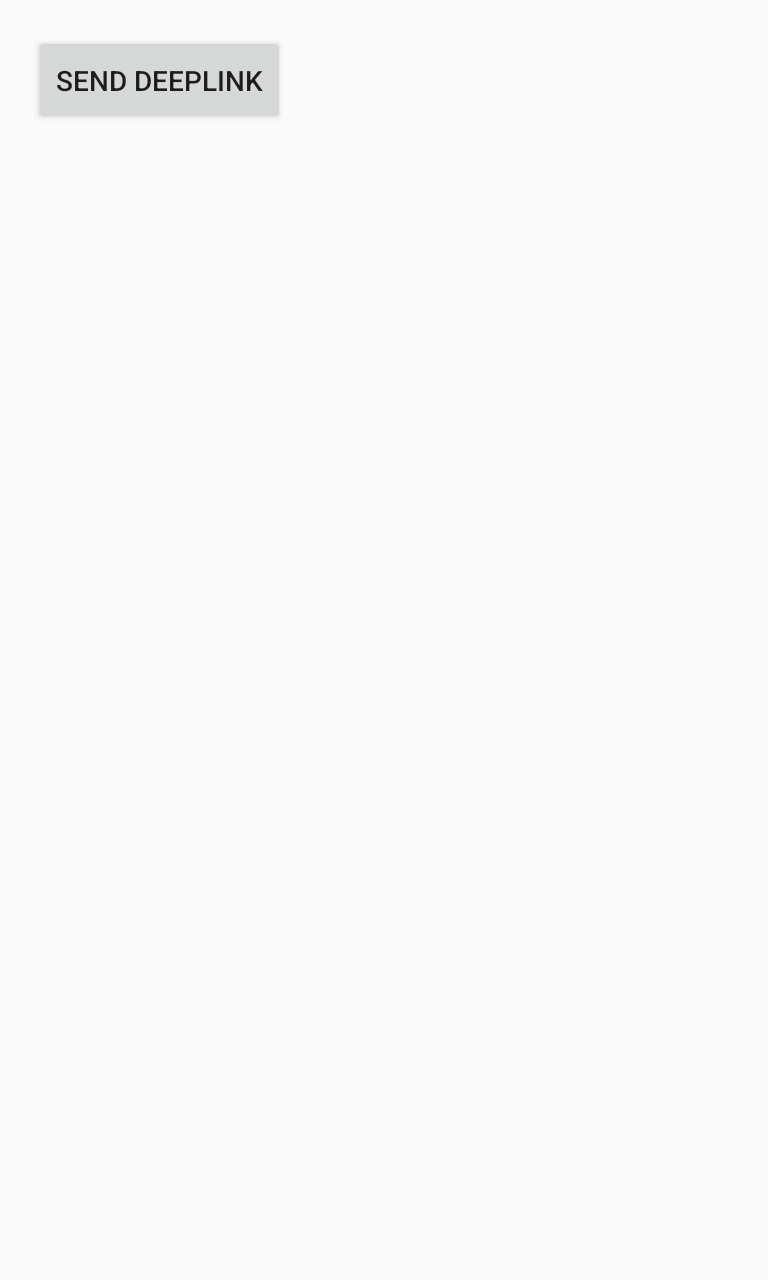
Repository: epancie/prueba_deeplink
Layout: HubCVPlay/res/layout/activity_main_cv_play.xml
The author's editor kept a copy of each file at every save. The layout is drawn from the files as they stood at one save, then again after the next save.
It is drawn on a 768 x 1280 px phone screen (xhdpi) without system bars, with theme AppTheme; the app's code is not run.

Above is the layout before, as saved 2014-10-20 01:05:52.

### HubCVPlay/res/layout/activity_main_cv_play.xml
<RelativeLayout xmlns:android="http://schemas.android.com/apk/res/android"
    xmlns:tools="http://schemas.android.com/tools"
    android:layout_width="match_parent"
    android:layout_height="match_parent"
    android:paddingBottom="@dimen/activity_vertical_margin"
    android:paddingLeft="@dimen/activity_horizontal_margin"
    android:paddingRight="@dimen/activity_horizontal_margin"
    android:paddingTop="@dimen/activity_vertical_margin"
    tools:context="com.panchonet.hubcvplay.Main_CvPlay_Activity" >

     <Button
        android:id="@+id/deeplink"
        android:layout_width="wrap_content"
        android:layout_height="wrap_content"
        android:layout_alignLeft="@+id/assetId"
        android:layout_below="@+id/assetId"
        android:text="Send Deeplink" />

</RelativeLayout>

### HubCVPlay/res/values/strings.xml
<?xml version="1.0" encoding="utf-8"?>
<resources>

    <string name="app_name">HubCVPlay</string>
    <string name="hello_world">Hello world!</string>
    <string name="action_settings">Settings</string>
    <string name="TextButtonDeepLink">DeepLink</string>

</resources>

Loaded but not shown: HubCVPlay/res/values/styles.xml (common file); HubCVPlay/res/values-v11/styles.xml (common file); HubCVPlay/res/values-v14/styles.xml (common file); HubCVPlay/res/values/dimens.xml (common file); HubCVPlay/res/values-w820dp/dimens.xml (common file)

After the next save:
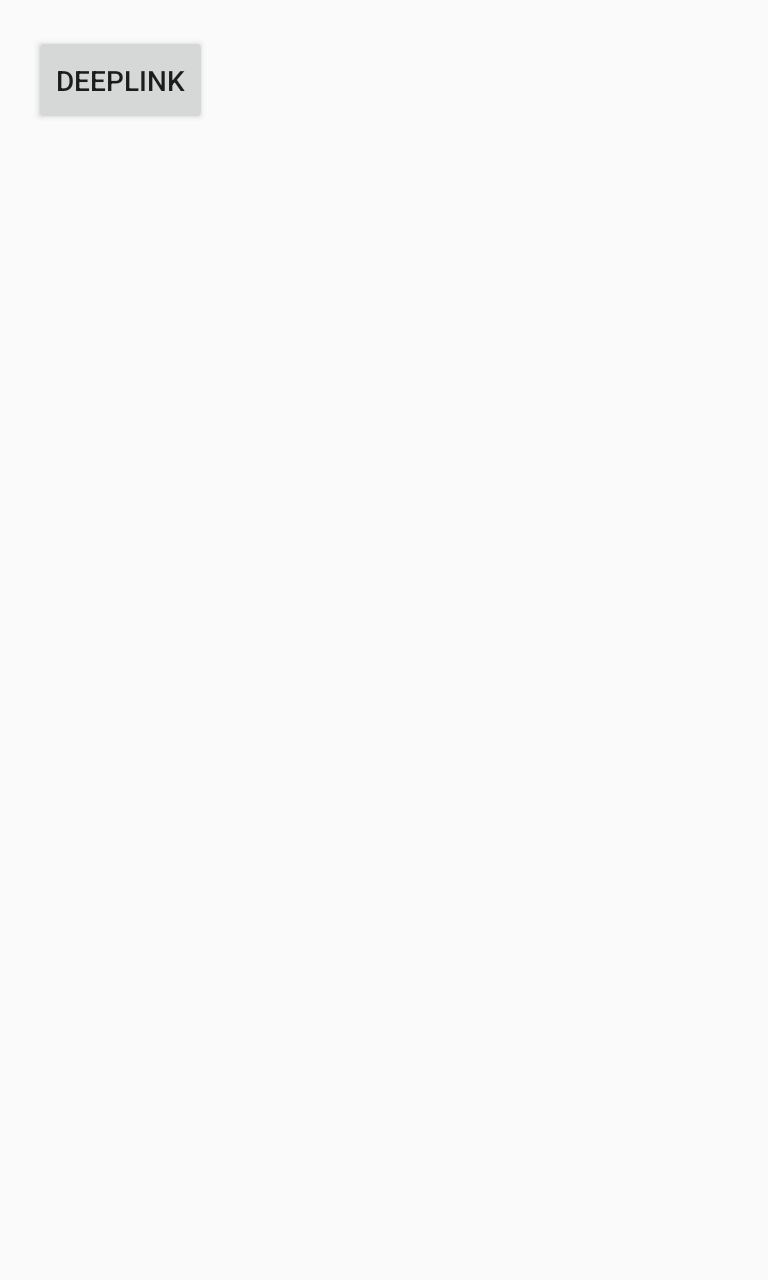
Saved 11 s later.
--- a/HubCVPlay/res/layout/activity_main_cv_play.xml
+++ b/HubCVPlay/res/layout/activity_main_cv_play.xml
@@ -9,11 +9,9 @@
     tools:context="com.panchonet.hubcvplay.Main_CvPlay_Activity" >
 
      <Button
-        android:id="@+id/deeplink"
-        android:layout_width="wrap_content"
-        android:layout_height="wrap_content"
-        android:layout_alignLeft="@+id/assetId"
-        android:layout_below="@+id/assetId"
-        android:text="Send Deeplink" />
+         android:id="@+id/deeplink"
+         android:layout_width="wrap_content"
+         android:layout_height="wrap_content"
+         android:text="@string/TextButtonDeepLink" />
 
 </RelativeLayout>

After the save that followed:
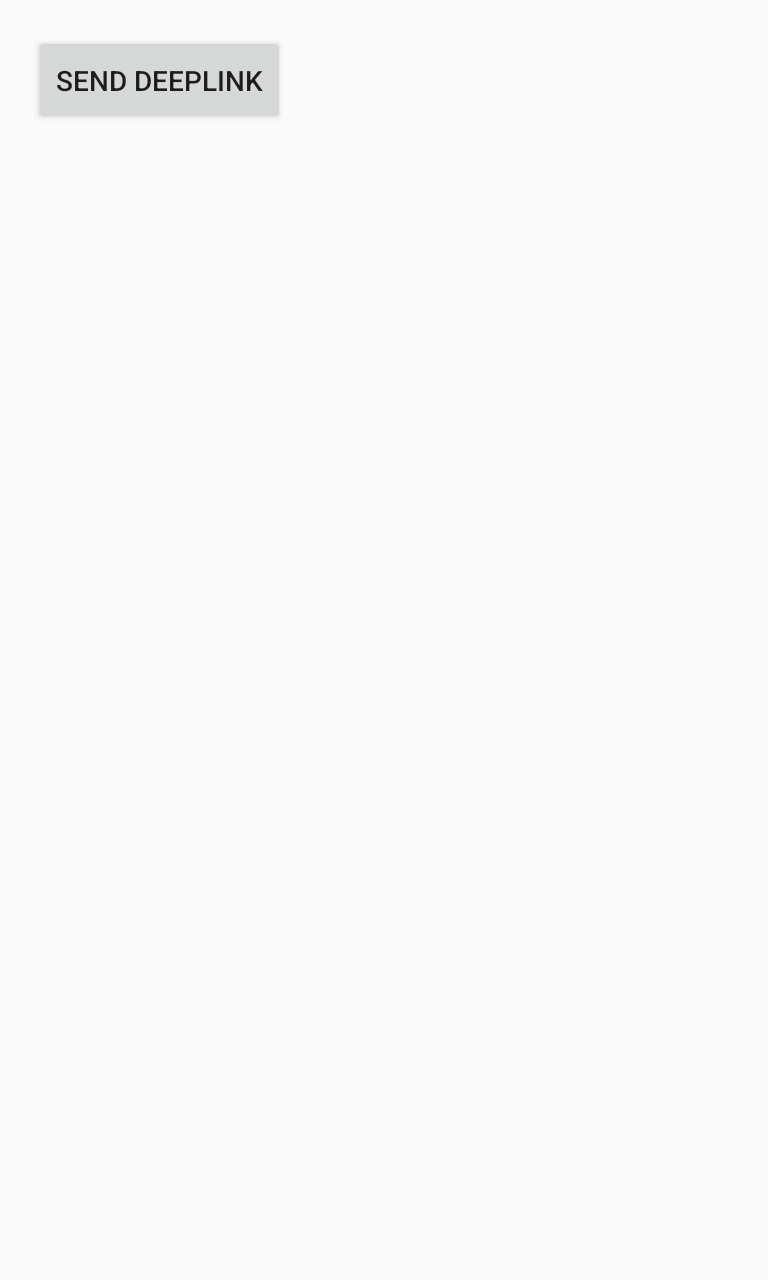
Saved 117 s later.
--- a/HubCVPlay/res/layout/activity_main_cv_play.xml
+++ b/HubCVPlay/res/layout/activity_main_cv_play.xml
@@ -9,9 +9,9 @@
     tools:context="com.panchonet.hubcvplay.Main_CvPlay_Activity" >
 
      <Button
-         android:id="@+id/deeplink"
-         android:layout_width="wrap_content"
-         android:layout_height="wrap_content"
-         android:text="@string/TextButtonDeepLink" />
+        android:id="@+id/deeplink"
+        android:layout_width="wrap_content"
+        android:layout_height="wrap_content"
+        android:text="Send Deeplink" />
 
 </RelativeLayout>
